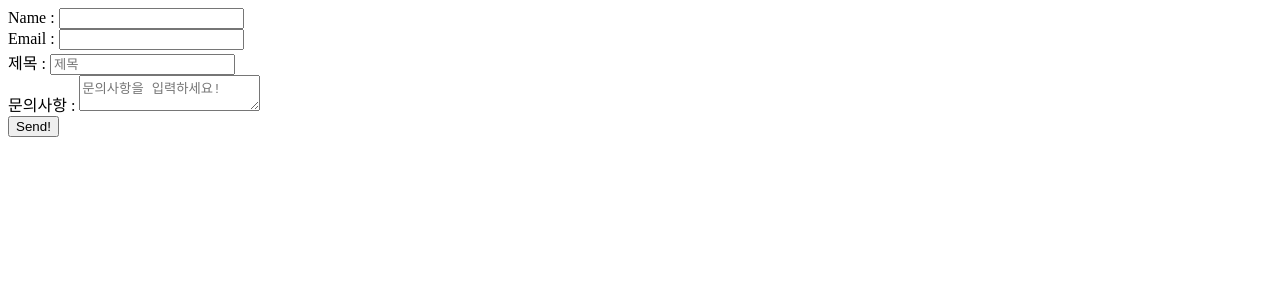
Repository: leeboseok/proposal-board
Page: http://localhost/ProposalSys/admincontact.jsp
An editor plug-in stored every save of this project. The page is shown before and after the next save, followed by the edit.
The browser window is 1280 px wide. The pictures show the whole page.
The page is served by Tomcat 9. Other server files are loaded and not shown.

Above is the page before, as saved 2024-07-27 05:40:02.

### ProposalSys/src/main/webapp/admincontact.jsp
<%@ page language="java" contentType="text/html; charset=UTF-8"
    pageEncoding="UTF-8"%>
<!DOCTYPE html>
<html>
	<head>
		<meta charset="UTF-8">
		<title>관리자 컨택</title>
	</head>
	<body>
		<div id="wrap">
			<form method="get" action="admincontactprogress">
				<div>
					Name : <input type="text" name="name"><br>
					Email : <input type="text" name="email"><br>
					제목 : <input type="text" name="title" placeholder="제목"><br>
					문의사항 : <textarea name="refer" placeholder="문의사항을 입력하세요!" ></textarea><br>
					<input type="submit" value="Send!">
				</div>
			</form>
		</div>
	</body>
</html>

After the next save:
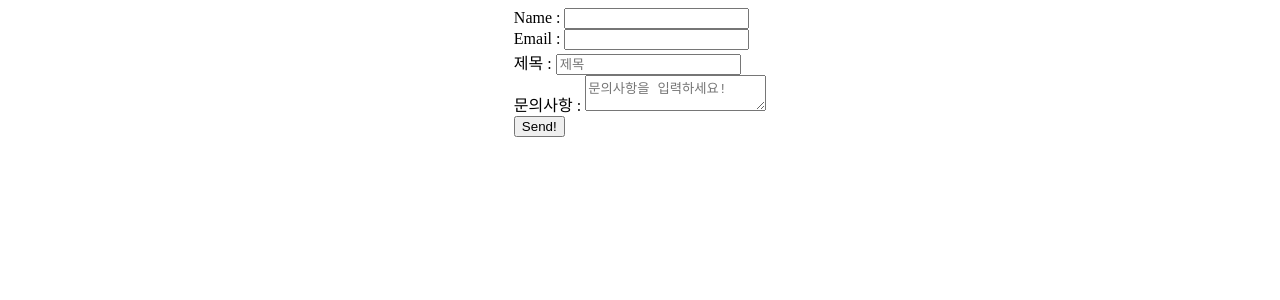
Saved 4 min 35 s later.
--- a/ProposalSys/src/main/webapp/admincontact.jsp
+++ b/ProposalSys/src/main/webapp/admincontact.jsp
@@ -5,10 +5,13 @@
 	<head>
 		<meta charset="UTF-8">
 		<title>관리자 컨택</title>
+		<style>
+			.form {width: 100%; display: flex; justify-content:center; }
+		</style>
 	</head>
 	<body>
 		<div id="wrap">
-			<form method="get" action="admincontactprogress">
+			<form class="form" method="get" action="admincontactprogress">
 				<div>
 					Name : <input type="text" name="name"><br>
 					Email : <input type="text" name="email"><br>
